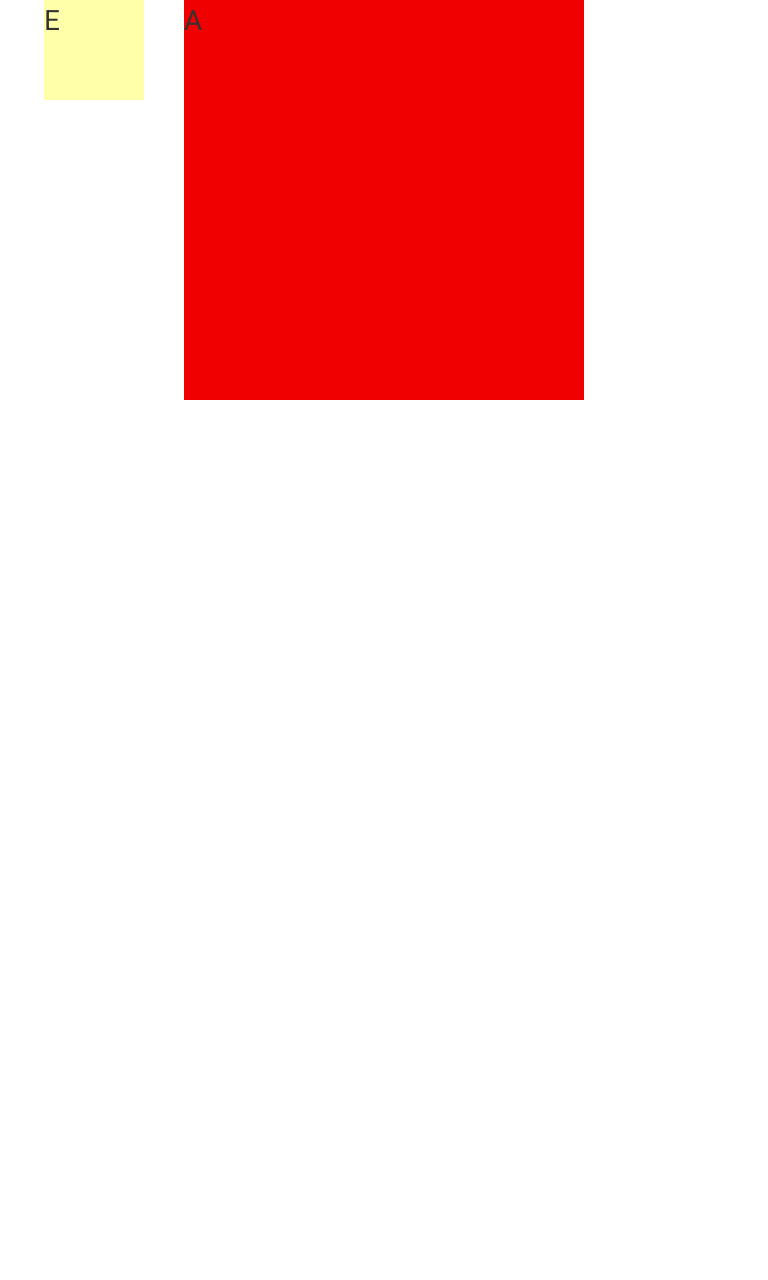
Repository: ablanchard/formation-android
Layout: Bonus/res/layout/fragment_main.xml
An editor plug-in stored every save of this project. The layout is shown before and after the next save, followed by the edit.
It is drawn on a 768 x 1280 px phone screen (xhdpi) without system bars, with theme AppTheme; the app's code is not run.

Above is the layout before, as saved 2014-04-29 09:49:02.

### Bonus/res/layout/fragment_main.xml
<RelativeLayout xmlns:android="http://schemas.android.com/apk/res/android"
    xmlns:tools="http://schemas.android.com/tools"
    android:layout_width="match_parent"
    android:layout_height="match_parent"
    tools:context="com.example.bonus.MainActivity$PlaceholderFragment" >


    <TextView
        android:layout_width="50dp"
        android:layout_height="50dp"
        android:text="E"
        android:layout_marginRight="20dp"
        android:background="#FFFFFFAA"
        android:layout_toLeftOf="@+id/A"
        android:layout_alignParentTop="true"
        android:id="@+id/E"/>

     <TextView
        android:layout_width="200dp"
        android:layout_height="200dp"
        android:text="A"
        android:id="@+id/A"
        android:background="#FFF00000"
        android:layout_centerHorizontal="true"
        android:layout_alignParentTop="true"/>

</RelativeLayout>

Loaded but not shown: Bonus/res/values/styles.xml (common file); Bonus/res/values-v11/styles.xml (common file); Bonus/res/values-v14/styles.xml (common file)

After the next save:
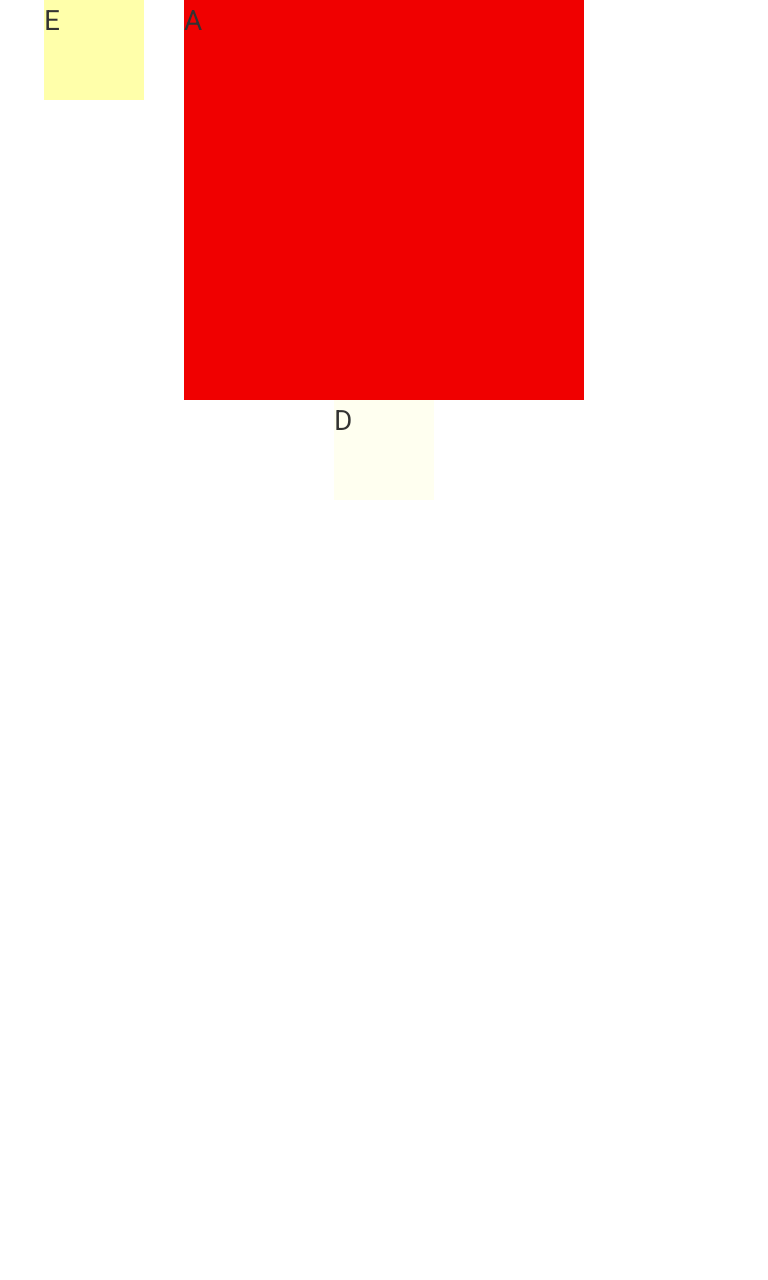
Saved 51 s later.
--- a/Bonus/res/layout/fragment_main.xml
+++ b/Bonus/res/layout/fragment_main.xml
@@ -24,4 +24,13 @@
         android:layout_centerHorizontal="true"
         android:layout_alignParentTop="true"/>
 
+     <TextView
+        android:layout_width="50dp"
+        android:layout_height="50dp"
+        android:text="D"
+        android:id="@+id/D"
+        android:background="#FFFFFFF0"
+        android:layout_centerHorizontal="true"
+        android:layout_below="@+id/A"/>
+
 </RelativeLayout>
